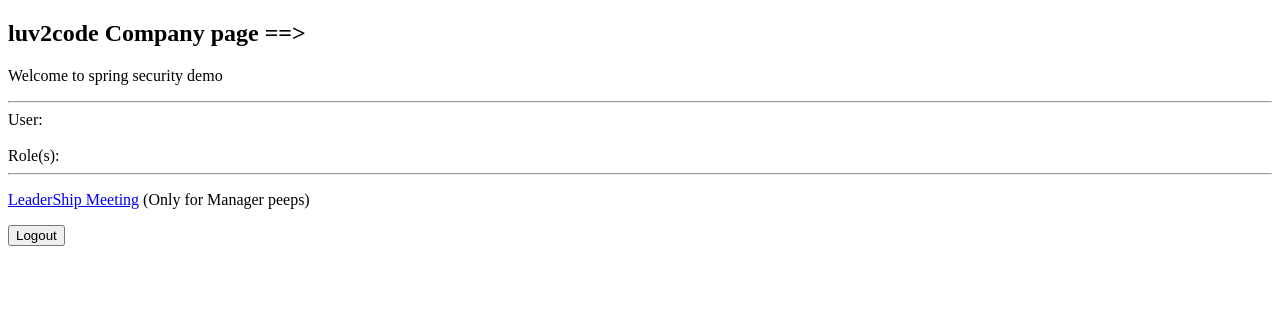
Repository: cheikhbethio/tuto-spring
Page: http://localhost/spring-security-demo-03-base-security-user-roles/WEB-INF/view/home.jsp
These files come from the project's save history. The page is drawn as it stood at one moment and after the next save; the edit follows.
The browser window is 1280 px wide. The pictures show the whole page.
The page is served by Tomcat 9. Nobody is signed in. The template is opened directly, without the code that normally fills it, so the values that code supplies are empty.

Above is the page before, as saved 2020-10-22 14:48:46.

After the next save:
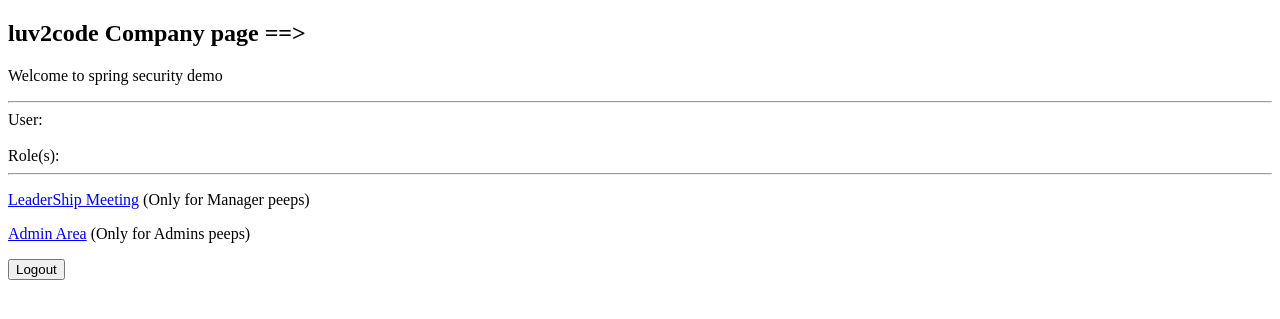
Saved 4 h 46 min later.
--- a/spring-security-demo-03-base-security-user-roles/src/main/webapp/WEB-INF/view/home.jsp
+++ b/spring-security-demo-03-base-security-user-roles/src/main/webapp/WEB-INF/view/home.jsp
@@ -23,6 +23,12 @@
 			(Only for Manager peeps)
 		</p>
 
+
+		<p>
+			<a href="${pageContext.request.contextPath}/systems">Admin Area</a>
+			(Only for Admins peeps)
+		</p>
+
 		<form:form action="${pageContext.request.contextPath}/logout" method="POST">
 
 			<input type="submit" value="Logout"/>
